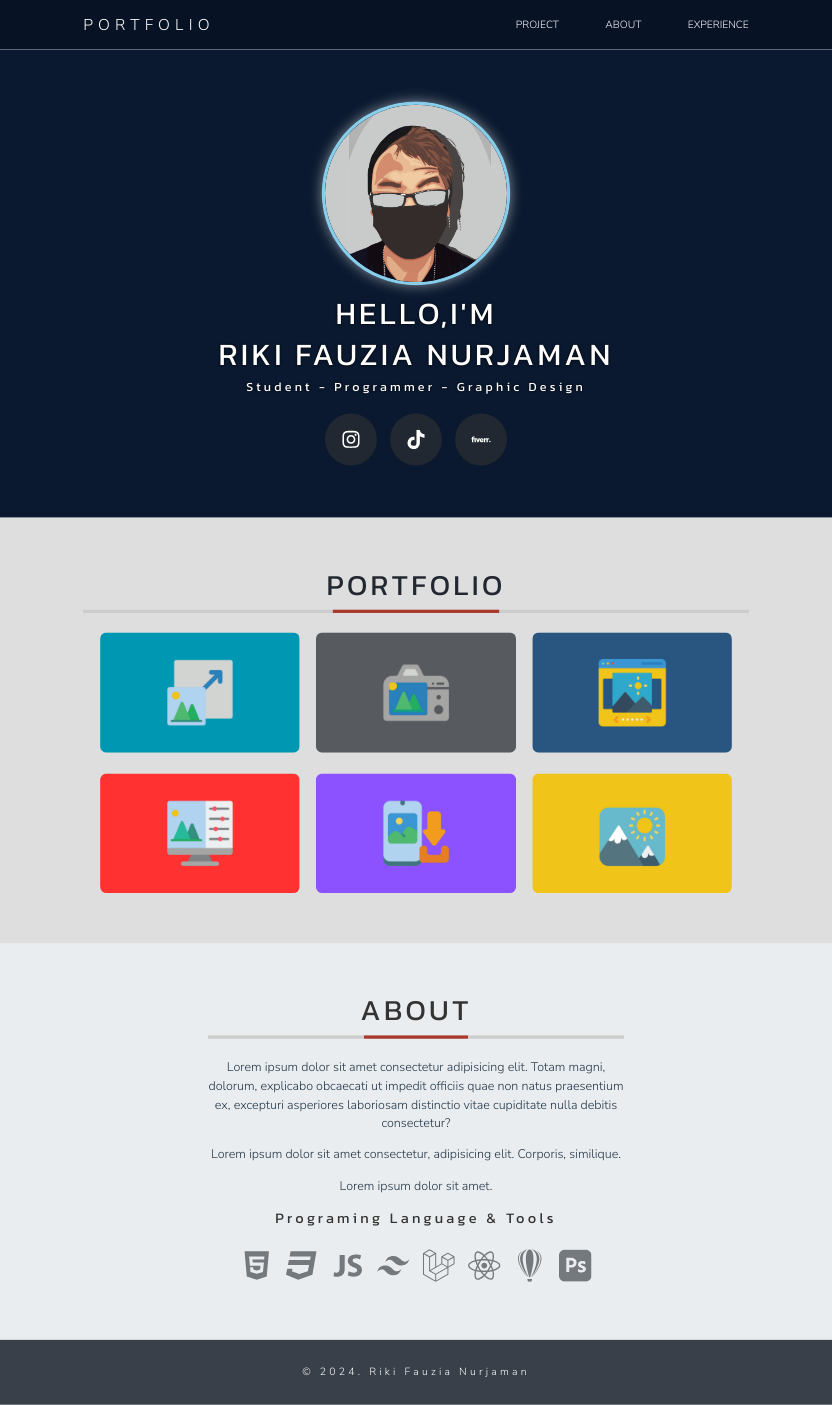
Repository: sellayspy/Portofolio
Page: /
The author's editor kept a copy of each file at every save. The page is drawn from the files as they stood at one save, then again after the next save.
The browser window is 1280 px wide. The pictures show the whole page, at 65% of full size.
The project was rebuilt for these pictures with package versions that can differ from the ones it lists, and the page was loaded fresh each time. Also part of the build but not shown: vite.config.js, src/styles/DetailPortfolio.css, src/components/ScrollToTop.jsx, src/pages/DetailPortfolio.jsx, src/pages/PagesNotFound.jsx, src/pages/Experience.jsx.

Above is the page before, as saved 2024-09-14 09:06:46.

After the next save:
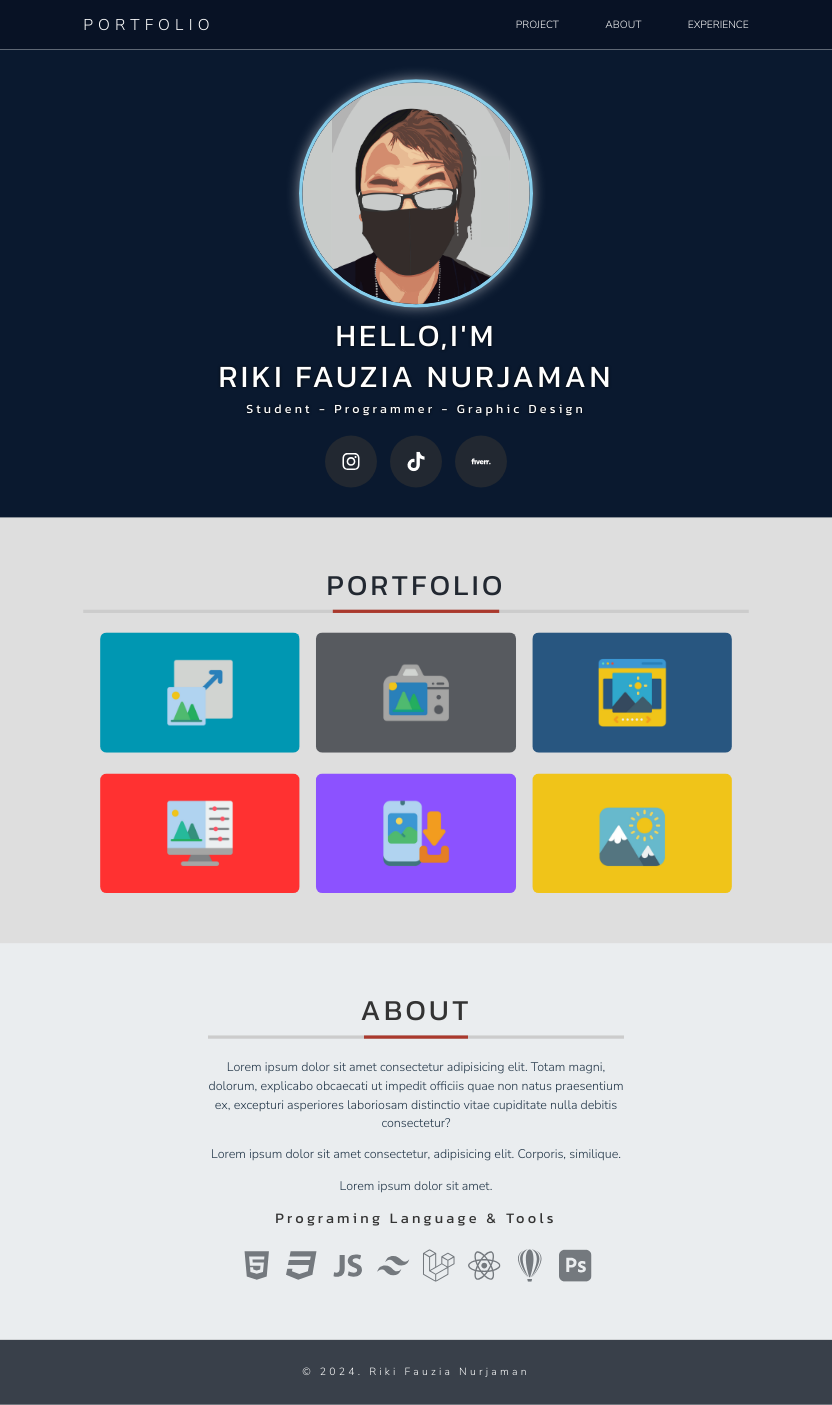
Saved 32 s later.
--- a/src/styles/Header.css
+++ b/src/styles/Header.css
@@ -21,7 +21,7 @@ header {
   text-align: center;
 }
 .header-jumbotron > img {
-  width: 280px;
+  width: 350px;
   border: 5px solid skyblue;
   border-radius: 100%;
   box-shadow: 0px 0px 20px rgba(255, 255, 255, 0.5);
